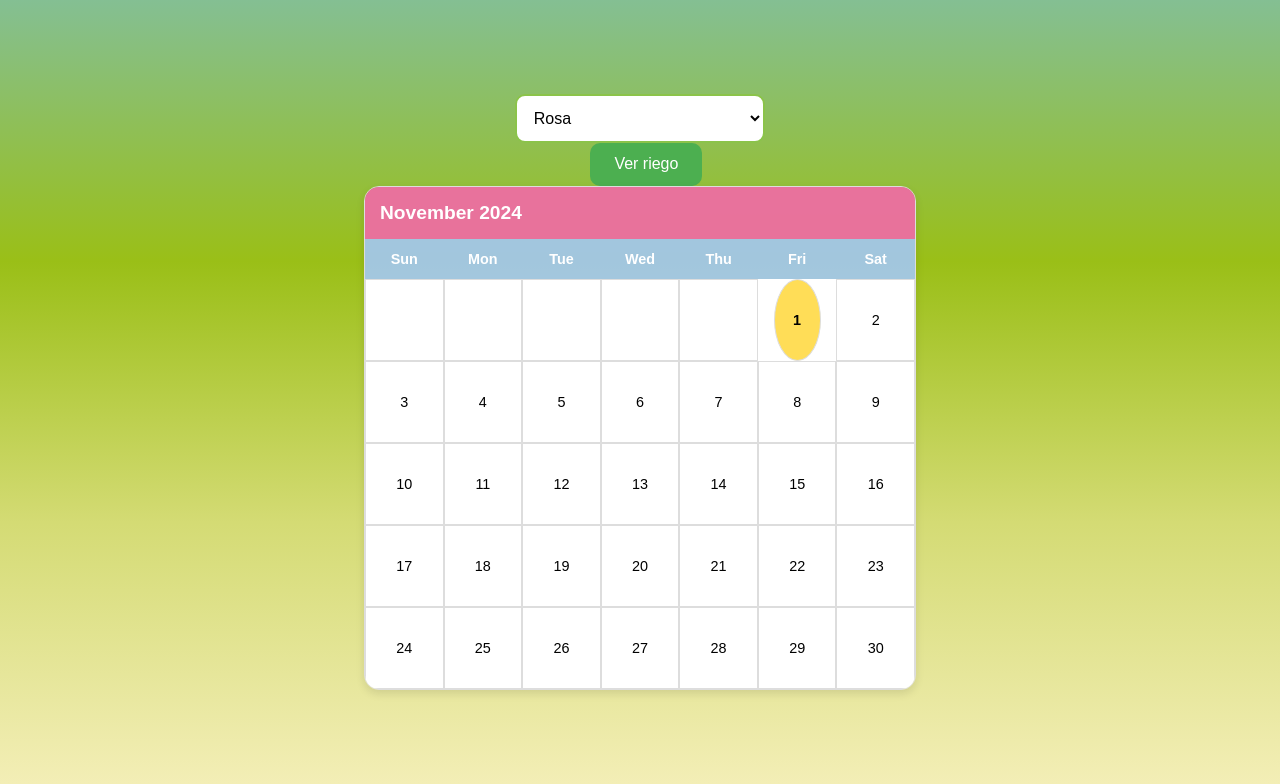
Repository: carrascokarencb37-afk/Nuura
Page: html/calendario.html
These files come from the project's save history. The page is drawn as it stood at one moment and after the next save; the edit follows.
The browser window is 1280 px wide. The pictures show the whole page.

Above is the page before, as saved 2026-05-29 00:08:58.
Not found: js/cale.js

After the next save:
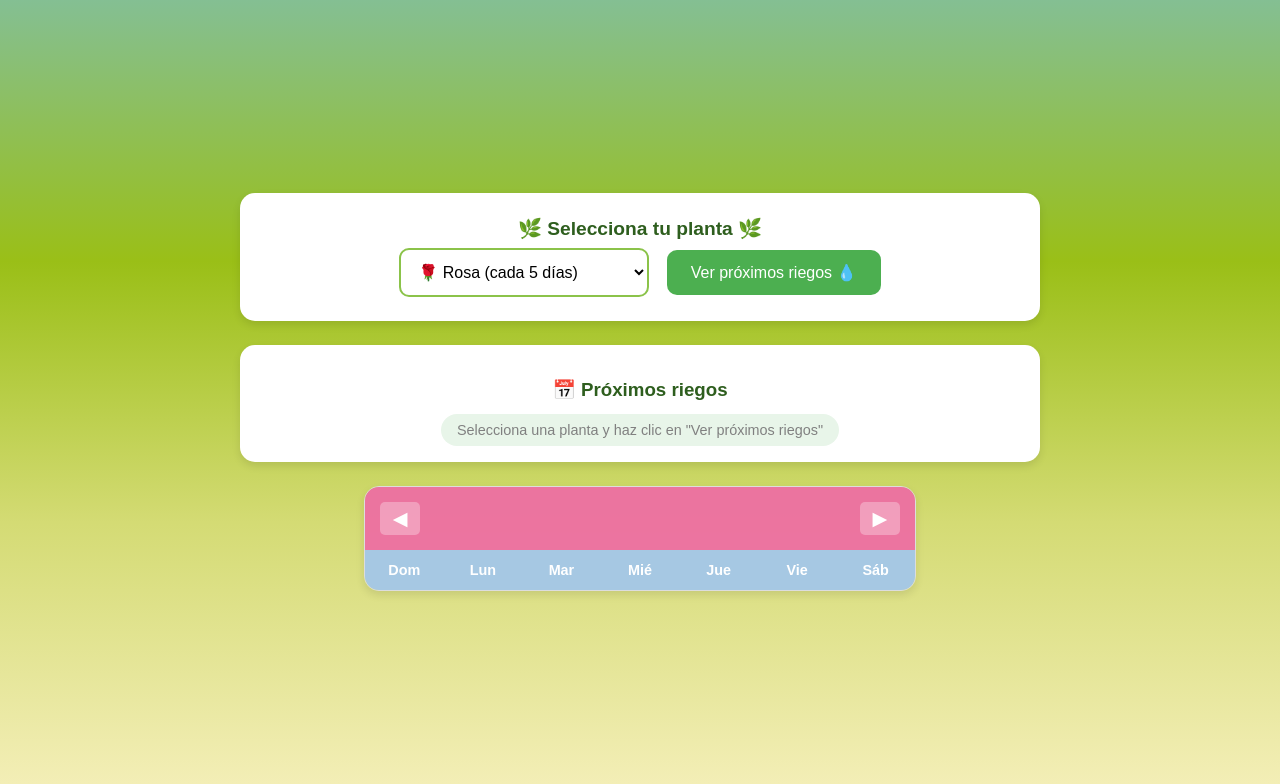
Console error: ReferenceError: element is not defined
Saved 42 s later.
--- a/html/calendario.html
+++ b/html/calendario.html
@@ -1,82 +1,65 @@
 <!DOCTYPE html>
-<html lang="en">
+<html lang="es">
 <head>
     <meta charset="UTF-8">
     <meta name="viewport" content="width=device-width, initial-scale=1.0">
     <title>Nuura - Calendario de Riego</title>
     <link rel="stylesheet" href="../css/cale.css">
-    <script src="../js/cale.js"></script>
+    <script src="../js/calen.js" defer></script>
 </head>
 <body>
-
-    <select id="flor">
-        <option value="rosa">Rosa</option>
-        <option value="lavanda">Lavanda</option>
-        <option value="jazmin">Jazmín</option>
-    </select>
-
-    <button onclick="calcularRiego()">
-        Ver riego
-    </button>
-
-    <div id="resultado"></div>
-
-    <div id="resultado"></div>
-
-    <!-- Calendar Container -->
-    <div class="calendar">
-        <!-- Month and Year Header -->
-        <div class="calendar-header">November 2024</div>
-
-        <!-- Days of the Week -->
-        <div class="calendar-days">
-            <div>Sun</div>
-            <div>Mon</div>
-            <div>Tue</div>
-            <div>Wed</div>
-            <div>Thu</div>
-            <div>Fri</div>
-            <div>Sat</div>
+    <div class="container">
+        <!-- Selector de flor -->
+        <div class="selector-flor">
+            <label>🌿 Selecciona tu planta 🌿</label>
+            <div>
+                <select id="flor">
+                    <option value="rosa">🌹 Rosa (cada 5 días)</option>
+                    <option value="lavanda">🌸 Lavanda (cada 7 días)</option>
+                    <option value="jazmin">🌼 Jazmín (cada 3 días)</option>
+                    <option value="geranio">🌺 Geranio (cada 4 días)</option>
+                    <option value="hortensia">💙 Hortensia (cada 6 días)</option>
+                    <option value="corona">👑 Corona de Cristo (cada 3 días)</option>
+                    <option value="duranta">💜 Duranta (cada 2 días)</option>
+                    <option value="pervinca">🌸 Pervinca (cada 1 día)</option>
+                    <option value="capuchina">🧡 Capuchina (cada 1 día)</option>
+                    <option value="ruda">🌿 Ruda (cada 2 días)</option>
+                    <option value="pascua">❤️ Flor de Pascua (cada 2 días)</option>
+                </select>
+                <button onclick="calcularRiego()">Ver próximos riegos 💧</button>
+            </div>
         </div>
 
-        <!-- Calendar Dates -->
-        <div class="calendar-dates">
-            <!-- Blank spaces for days before the month starts on Friday -->
-            <div></div>
-            <div></div>
-            <div></div>
-            <div></div>
-            <div></div>
-            <div class="today">1</div>
-            <div>2</div>
-            <div>3</div>
-            <div>4</div>
-            <div>5</div>
-            <div>6</div>
-            <div>7</div>
-            <div>8</div>
-            <div>9</div>
-            <div>10</div>
-            <div>11</div>
-            <div>12</div>
-            <div>13</div>
-            <div>14</div>
-            <div>15</div>
-            <div>16</div>
-            <div>17</div>
-            <div>18</div>
-            <div>19</div>
-            <div>20</div>
-            <div>21</div>
-            <div>22</div>
-            <div>23</div>
-            <div>24</div>
-            <div>25</div>
-            <div>26</div>
-            <div>27</div>
-            <div>28</div>
-            <div>29</div>
-            <div>30</div>
+        <!-- Resultado de riegos -->
+        <div class="resultado-riegos">
+            <h3>📅 Próximos riegos</h3>
+            <div id="resultado">
+                <p style="color: gray;">Selecciona una planta y haz clic en "Ver próximos riegos"</p>
+            </div>
+        </div>
+
+        <!-- Calendar Container -->
+        <div class="calendar">
+            <!-- Month and Year Header -->
+            <div class="calendar-header">
+                <button onclick="mesAnterior()">◀</button>
+                <span id="monthYear"></span>
+                <button onclick="mesSiguiente()">▶</button>
+            </div>
+
+            <!-- Days of the Week -->
+            <div class="calendar-days">
+                <div>Dom</div>
+                <div>Lun</div>
+                <div>Mar</div>
+                <div>Mié</div>
+                <div>Jue</div>
+                <div>Vie</div>
+                <div>Sáb</div>
+            </div>
+
+            <!-- Calendar Dates -->
+            <div id="calendarDates" class="calendar-dates"></div>
         </div>
     </div>
 </body>
